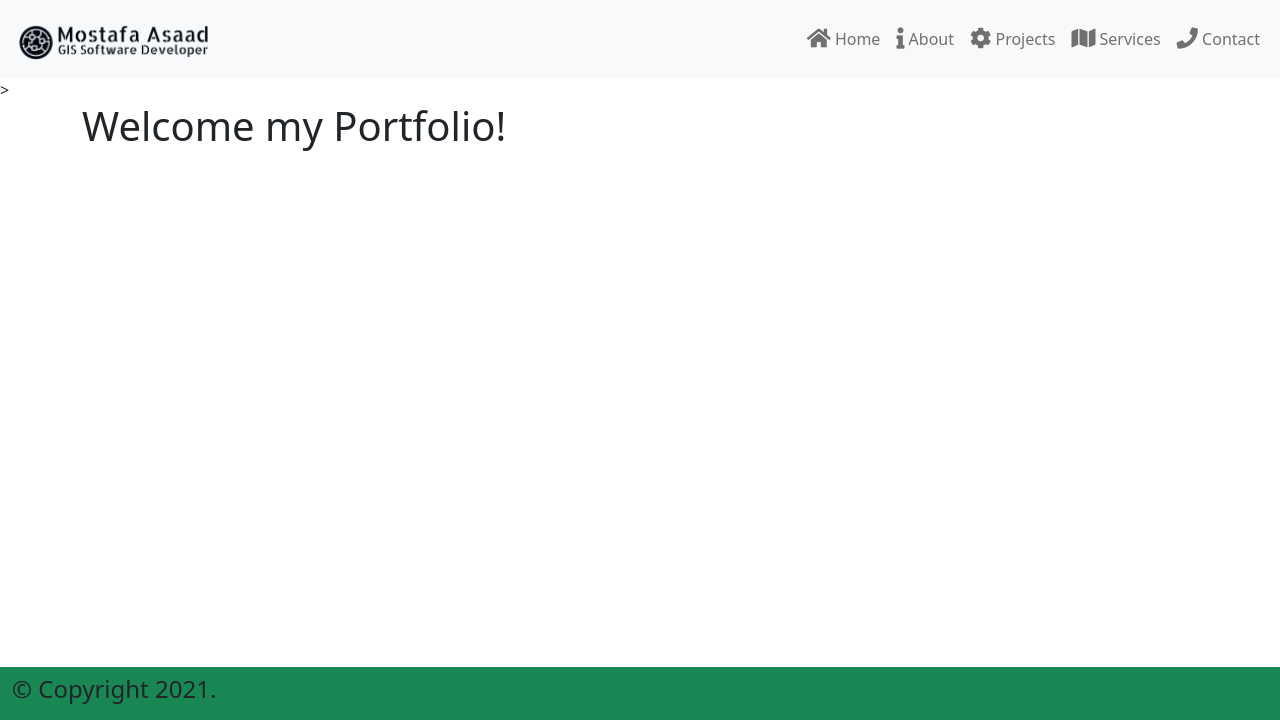
Repository: Mostafa-Asaad/Portfolio
Page: http://localhost/
An editor plug-in stored every save of this project. The page is shown before and after the next save, followed by the edit.
The browser window is 1280 px wide. The pictures show the whole page.
The page is served by the project's Node server (index.js).

Above is the page before, as saved 2021-06-04 19:06:51.

After the next save:
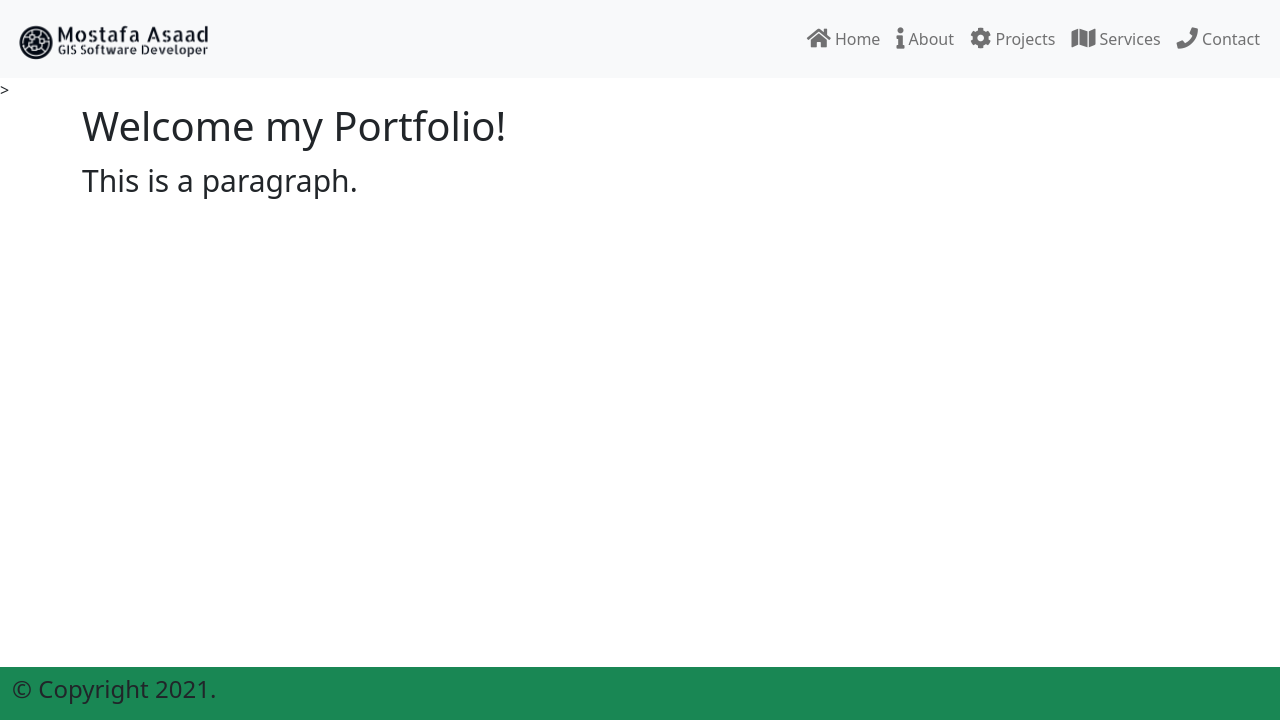
Saved 85 s later.
--- a/Server/Views/content/home.ejs
+++ b/Server/Views/content/home.ejs
@@ -1,3 +1,5 @@
 <div class="container">
-    <a colour="White" ><h1>Welcome my Portfolio!</h1>
+    <h1>Welcome my Portfolio!</h1>
+    <p style="font-size:30px">This is a paragraph.</p>
+
 </div>
